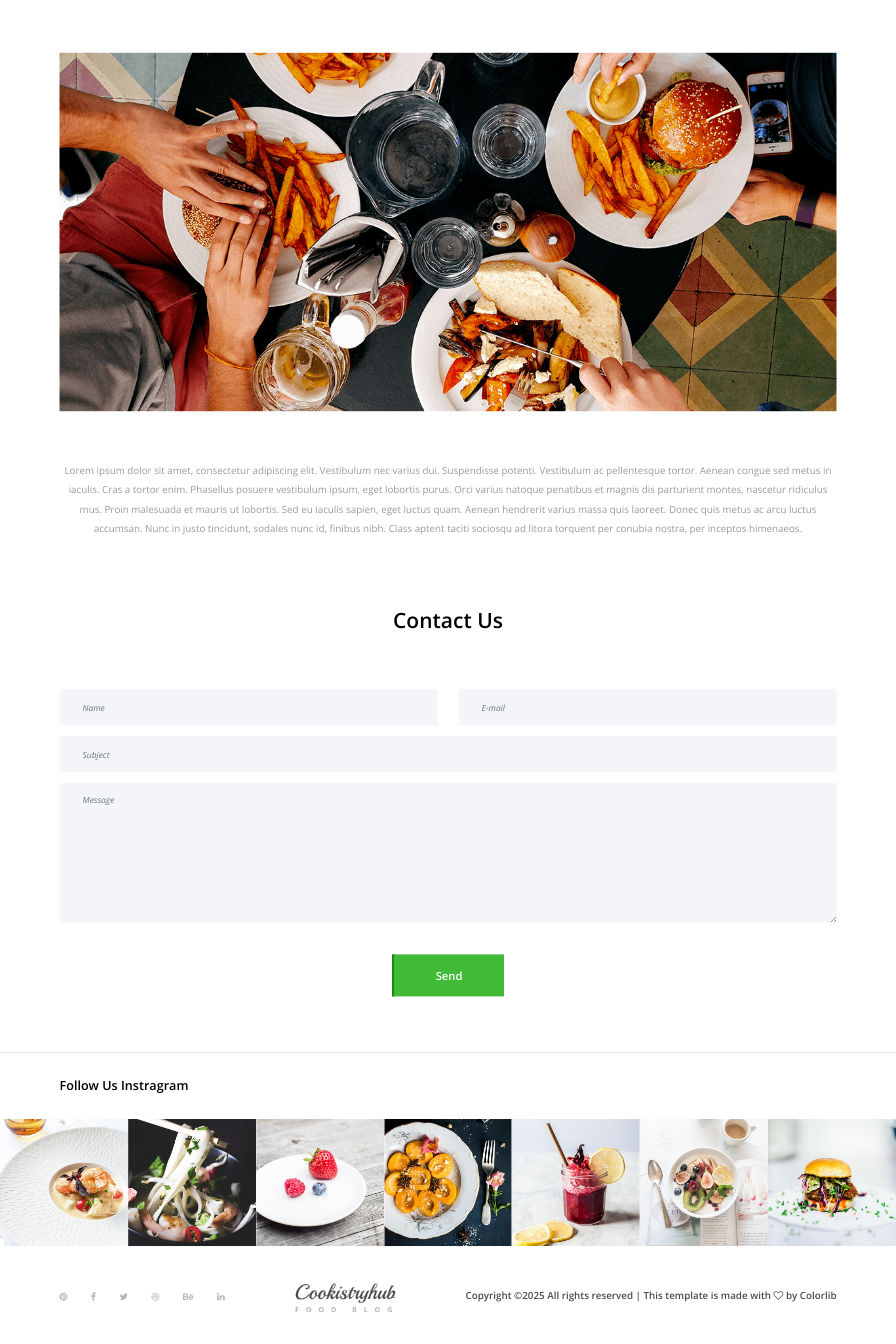
Repository: meenadabhii/cookistryhub
Page: about.html
The author's editor kept a copy of each file at every save. The page is drawn from the files as they stood at one save, then again after the next save.
The browser window is 1280 px wide. The pictures show the part of the page from y = 1139 to 3059 px (the page is 3059 px tall), at 70% of full size.

Above is the page before, as saved 2025-03-11 12:39:48.

After the next save:
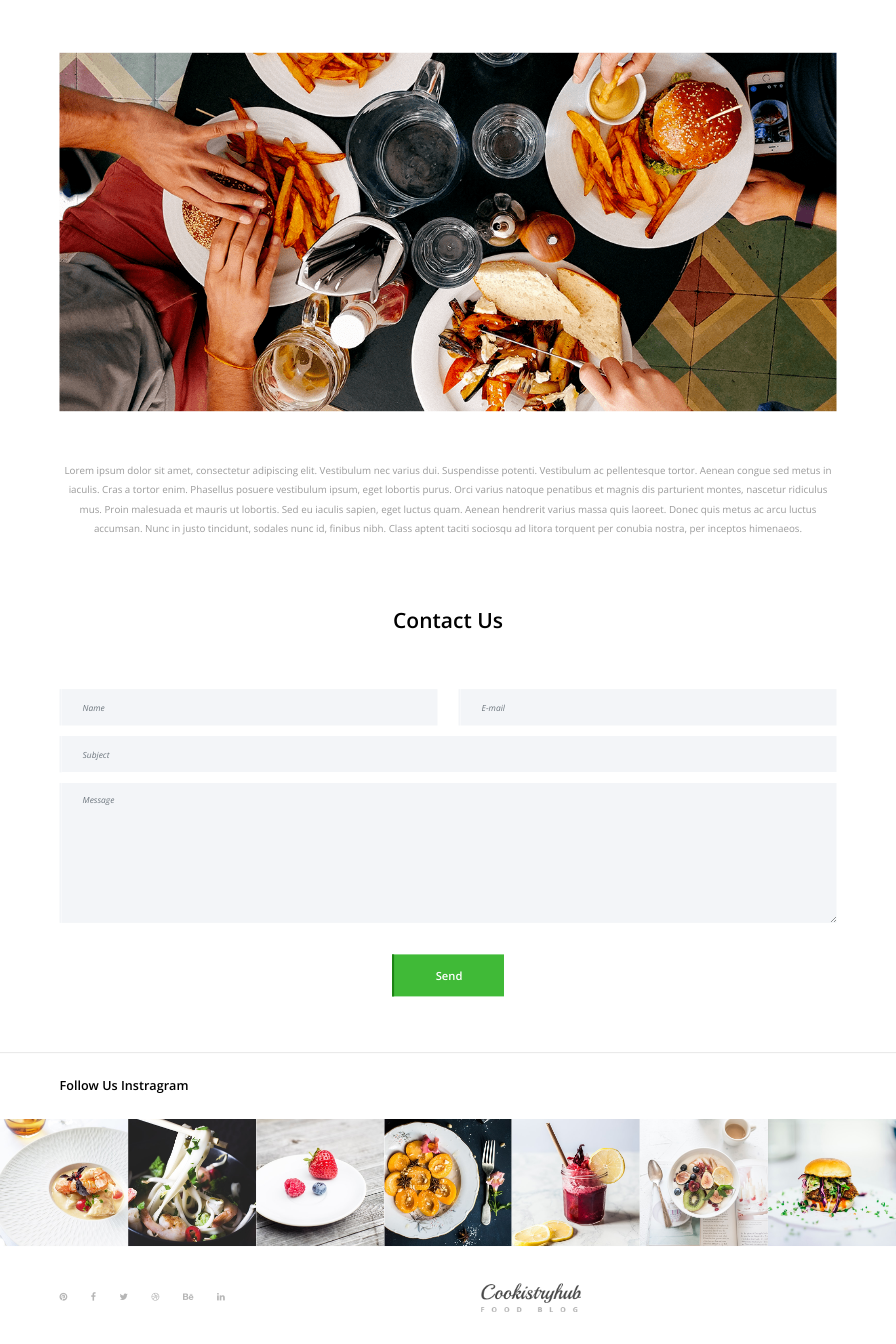
Saved 18 min 45 s later.
--- a/about.html
+++ b/about.html
@@ -410,7 +410,6 @@
                     </div>
                     <!-- Copywrite -->
                     <p><!-- Link back to Colorlib can't be removed. Template is licensed under CC BY 3.0. -->
-Copyright &copy;<script>document.write(new Date().getFullYear());</script> All rights reserved | This template is made with <i class="fa fa-heart-o" aria-hidden="true"></i> by <a href="https://colorlib.com" target="_blank">Colorlib</a>
 <!-- Link back to Colorlib can't be removed. Template is licensed under CC BY 3.0. --></p>
                 </div>
             </div>
